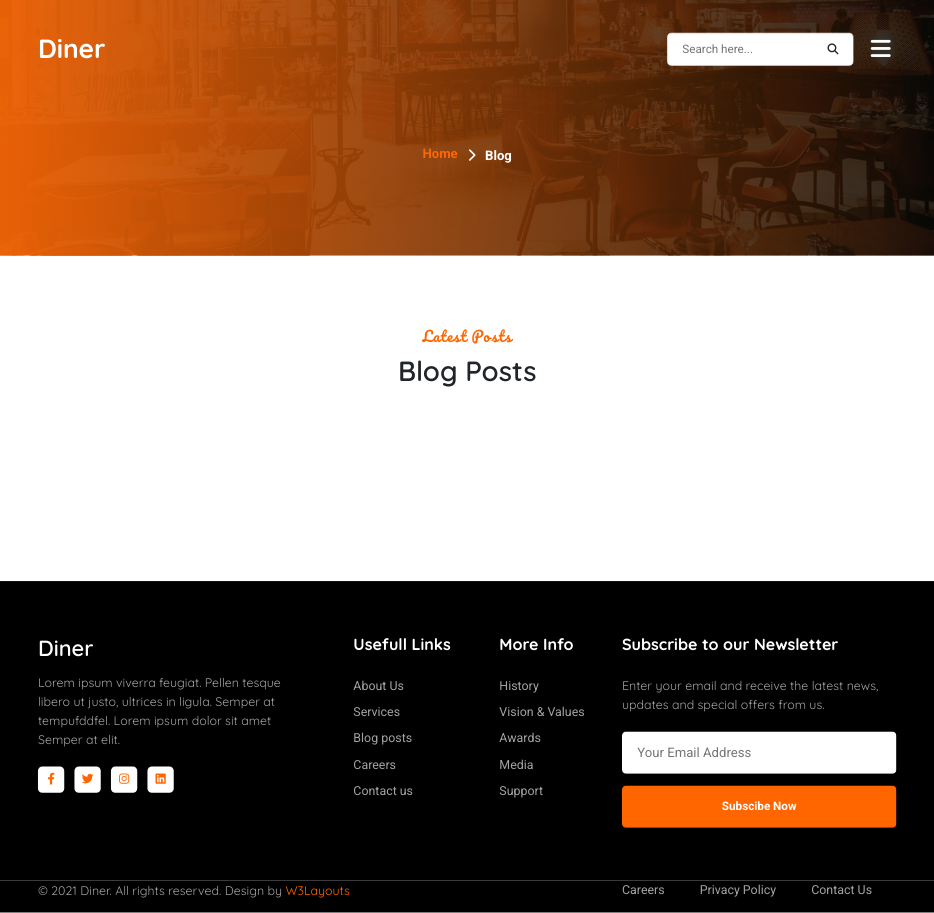
Repository: minhtrivu6199/Diner
Page: blog.html
The author's editor kept a copy of each file at every save. The page is drawn from the files as they stood at one save, then again after the next save.
The browser window is 1280 px wide. The pictures show the whole page, at 73% of full size.
Backgrounds fixed to the window are drawn as part of the page. The style sheet was rebuilt from its Sass, Less or Tailwind sources for each picture, by a compiler version that may differ from the author's.

Above is the page before, as saved 2022-10-11 23:28:22.

After the next save:
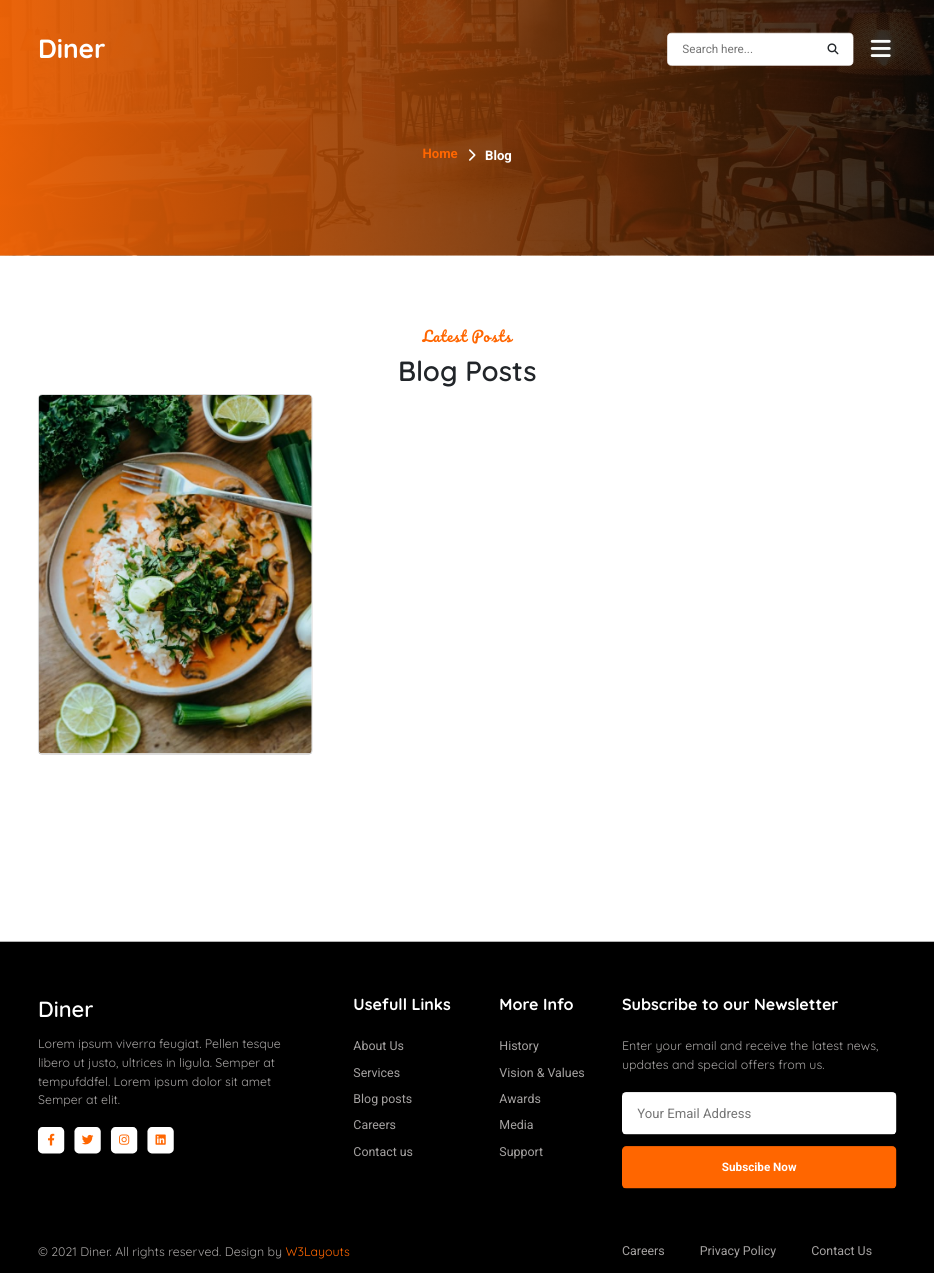
Saved 4 min 1 s later.
--- a/blog.html
+++ b/blog.html
@@ -131,7 +131,16 @@
             <div class="row">
                 <div class="col-lg-8 blog-left">
                     <div class="row">
-                        <div class="col-md-6 item"></div>
+                        <div class="col-md-6 item">
+                            <div class="card">
+                                <div class="card-header p-0 position-relative">
+                                    <a href="">
+                                        <img src="./img/g1.jpg" alt="" class="card-img d-block radius-image">
+                                    </a>
+                                </div>
+                                <div class="card-body p-0 card-details"></div>
+                            </div>
+                        </div>
                         <div class="col-md-6 item mt-lg-0 mt-5"></div>
                         <div class="col-md-6 item mt-5"></div>
                         <div class="col-md-6 item mt-5"></div>
